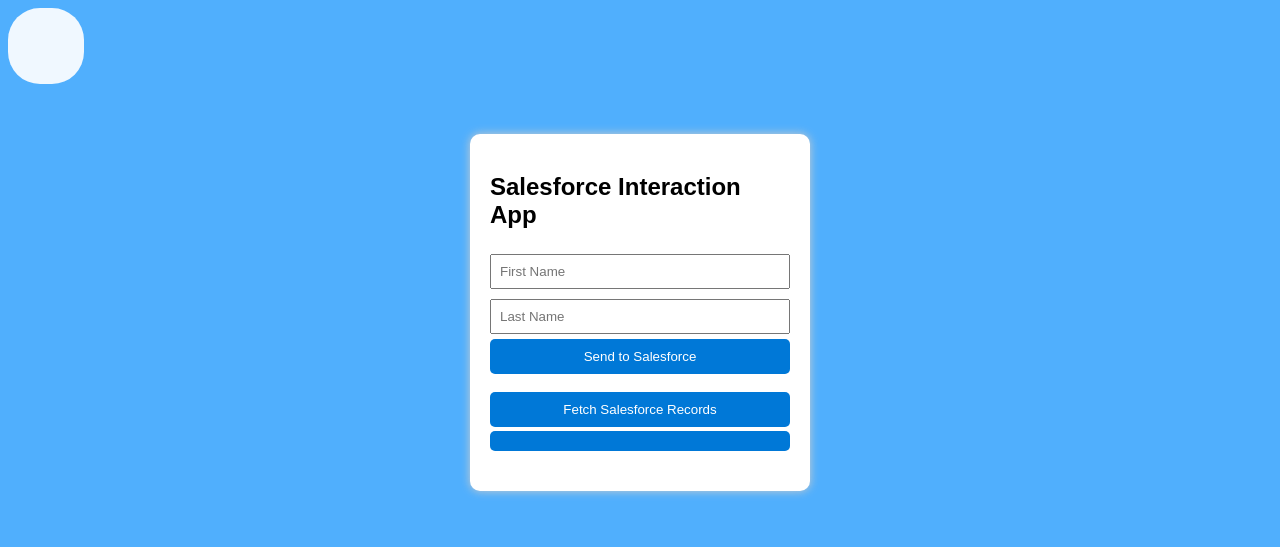
Repository: PamodaW/SalesforceSync
Page: Client/index.html
These files come from the project's save history. The page is drawn as it stood at one moment and after a run of saves; the edit follows.
The browser window is 1280 px wide. The pictures show the whole page.

Above is the page before, as saved 2024-11-20 15:12:57.

After the next 3 saves:
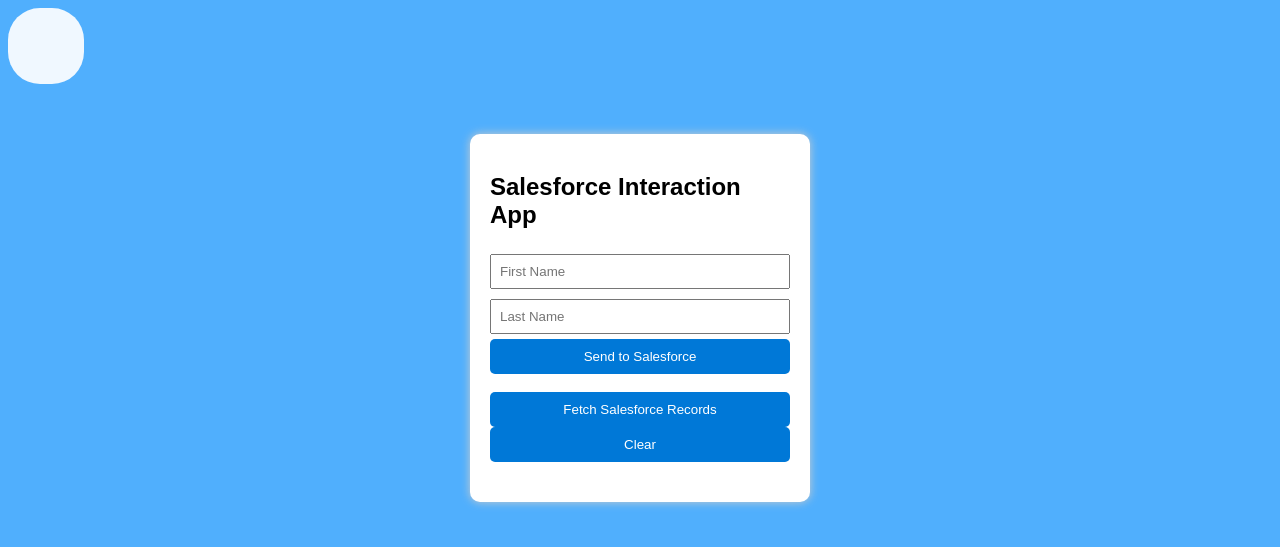
The 3 saves are shown as one change because they came seconds apart.
The last was saved 13 s later.
--- a/Client/index.html
+++ b/Client/index.html
@@ -19,7 +19,7 @@
         <br/>
         <button onclick="fetchRecords()">Fetch Salesforce Records</button>
         <br>
-        <button onclick=""></button>
+        <button onclick="ClearArea()">Clear</button>
         <div id="output"></div>
     </div>
     <script src="script.js"></script>
